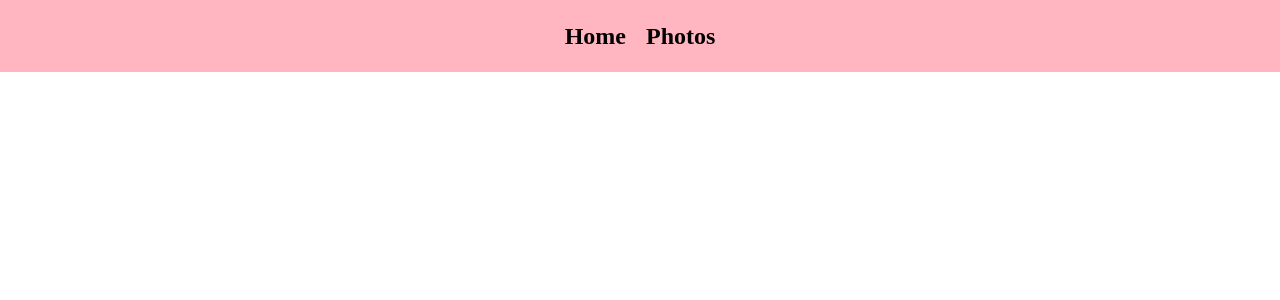
Repository: josephinel6/simple-editing
Page: navigation.html
An editor plug-in stored every save of this project. The page is shown before and after the next save, followed by the edit.
The browser window is 1280 px wide. The pictures show the whole page.

Above is the page before, as saved 2023-05-23 09:25:05.

After the next save:
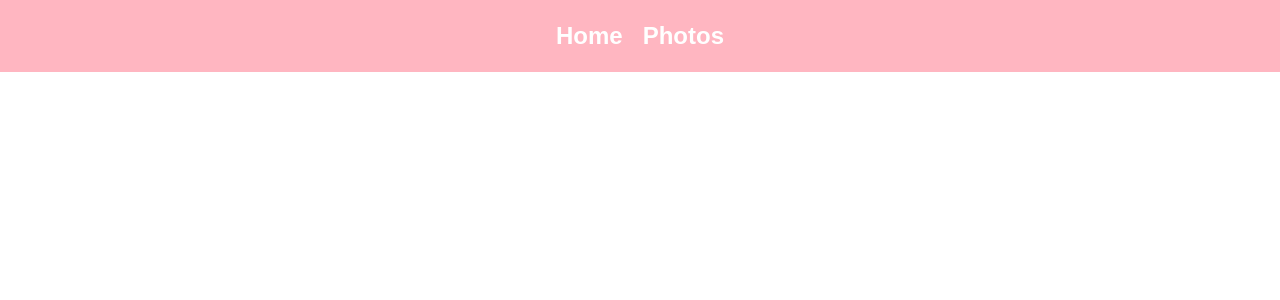
Saved 12 s later.
--- a/navigation.html
+++ b/navigation.html
@@ -5,6 +5,8 @@
         .menutab {
             margin-left: 10px;
             margin-right: 10px;
+            font-family: sans-serif;
+            color: white;
         }
     </style>
 </head>
